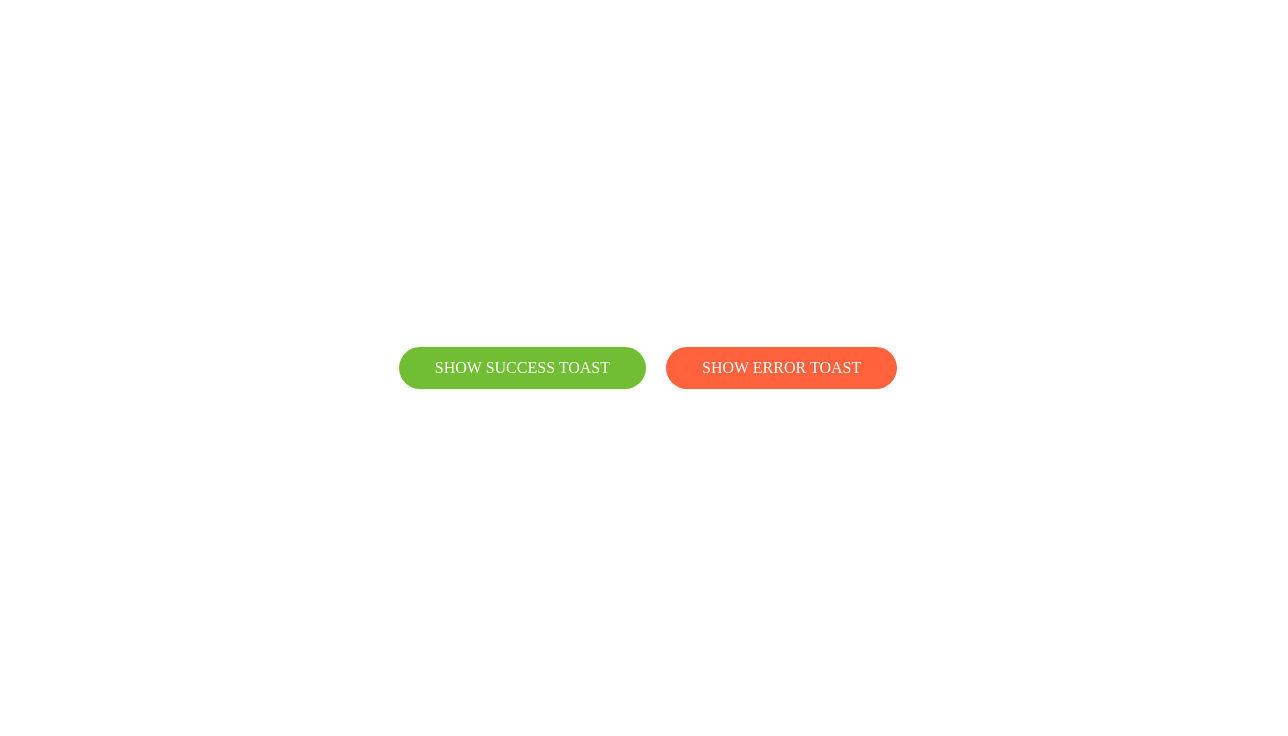
Repository: Hoquoctrung/github-anh-Trung-hihi
Page: Lesson-2/index.html
These files come from the project's save history. The page is drawn as it stood at one moment and after the next save; the edit follows.
The browser window is 1280 px wide. The page is 1288 px wide, so the pictures cover 1288 px, including what lies to the right of the window. The pictures show the whole page.

Above is the page before, as saved 2021-08-21 21:47:05.

### Lesson-2/index.html
<!DOCTYPE html>
<html lang="en">
<head>
    <meta charset="UTF-8">
    <meta http-equiv="X-UA-Compatible" content="IE=edge">
    <meta name="viewport" content="width=device-width, initial-scale=1.0">
    <title>BEM Practice</title>
    <link rel="stylesheet" href="style.css">
    <link rel="stylesheet" href="https://cdnjs.cloudflare.com/ajax/libs/font-awesome/5.15.4/css/all.min.css" integrity="sha512-1ycn6IcaQQ40/MKBW2W4Rhis/DbILU74C1vSrLJxCq57o941Ym01SwNsOMqvEBFlcgUa6xLiPY/NS5R+E6ztJQ==" crossorigin="anonymous" referrerpolicy="no-referrer" />
</head>
<body>
    <div id="toast"></div>

    <div id="btn">
            <div onclick="ShowSuccessToast()" class="btn btn--succeed"> SHOW SUCCESS TOAST</div>
            <div onclick="ShowErrorToast()" class="btn btn--error"> SHOW ERROR TOAST</div>
    </div>

    <script>
        // Toast function
        function toast({
            title = '',
            message = '',
            type = 'info',
            duration = 3000,
        }) {
            const main = document.getElementById('toast');
            const delay = (duration / 1000).toFixed(2);
            if (main) {
                const toast = document.createElement('div');
                const icons = {
                    success:'fas fa-check-circle',
                    info:'fas fa-info-circle',
                    warning:'fas fa-exclamation-triangle',
                    error:'fas fa-exclamation-triangle'
                };
                const icon = icons[type];

                toast.classList.add('toast',`toast--${type}`);
                toast.style.animation = `slideInLeft ease .${delay}s, fadeOut ease 1s 3s forwards`;

                toast.innerHTML = `
                    <div class="toast__icon">
                        <i class="${icon}"></i>
                    </div>
                    <div class="toast__body">
                        <h3 class="toast__title">${title}</h3>
                        <p class="toast__msg">${message}</p>
                    </div>
                    <div class="toast__close">
                        <i class="fa fa-times" ></i>
                    </div>
                `;
                main.appendChild(toast);
            }
        }
        function ShowSuccessToast() {
            toast({
                title: 'Thành công',
                message: 'Chúc mừng bạn đã thành công trở thành một fullstack developer.',
                type: 'success',
                duration: 1000,
            });
        };

        function ShowErrorToast() {
            toast({
                title: 'Thất bại',
                message: 'Có lỗi xảy ra trên đường bạn trở thành fullstack developer. Hãy fig bux đi.',
                type: 'error',
                duration: 3000,
            });
        }
    </script>
</body>
</html>

### Lesson-2/style.css
body {
    display: flex;
    justify-content: center;
    align-items: center;
    height: 100vh;
    width: 100%;
}

.btn {
    display: inline-block;
    text-decoration: none;
    outline: none;
    border: none;
    background-color: transparent;
    color:#fff;
    padding: 12px 36px;
    border-radius: 50px;
    cursor: pointer;
}

.btn:hover {
    opacity: 0.8;
}

.btn--succeed {
    background-color: #71be34;
}

.btn--error {
    background-color: #ff623d;
}

.btn + .btn {
    margin-left: 16px;
}

#btn {
    margin: 20px;
}

#toast {
    position: fixed;
    top: 32px;
    right: 32px;
}


.toast {
    display: flex;
    align-items: center;
    background-color: #fff;
    box-shadow: 0 12px 4px rgba(0,0,0,0.08);
    border-left: 4px solid;
    border-radius: 2px;
    min-width: 380px;
    max-width: 430px;
}

@keyframes slideInLeft {
    from {
        transform: translateX(calc(100% + 32px));
        opacity: 0;
    }

    to {
        transform: translateX(0);
        opacity: 1;
    }
}

@keyframes fadeOut {
to {
        opacity: 0;
    }
}

.toast + .toast {
    margin-top: 24px;
}

.toast__icon {
    font-size: 24px;
}

.toast__icon,
.toast__close {
    padding: 0 16px;
}

.toast__body {
    flex-grow: 1;
}

.toast--success {
    border-color: rgb(69, 223, 22);
}

.toast--success .toast__icon {
    color: rgb(69, 223, 22);
}

.toast--info {
    border-color: rgb(23, 70, 226);
}

.toast--info .toast__icon {
    color: rgb(23, 70, 226);
}

.toast--warning {
    border-color: #ffc021;
}

.toast--warning .toast__icon {
    color: #ffc021
}

.toast--error {
    border-color: rgb(236, 51, 18);
}

.toast--error .toast__icon {
    color: rgb(230, 29, 29);
}

.toast__title {
    color: #333;
}

.toast__msg {
    margin-top: -8px;
    opacity: 0.6;
    line-height: 1.4;
}

.toast__close {
    font-size: 24px;
    color: rgba(0,0,0,0.4);
    cursor: pointer;
}

.toast__close:hover {
    opacity: 0.7;
}

After the next save:
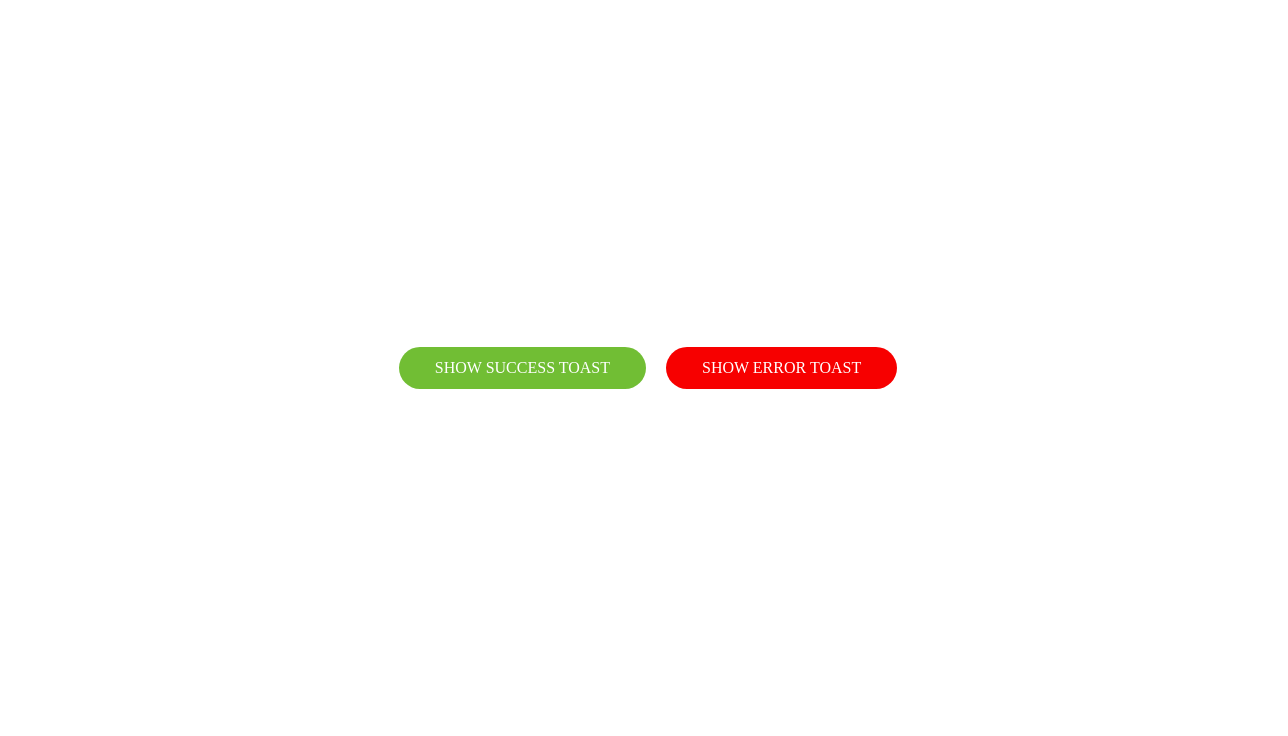
Saved 31 s later.
--- a/Lesson-2/style.css
+++ b/Lesson-2/style.css
@@ -27,7 +27,7 @@ body {
 }
 
 .btn--error {
-    background-color: #ff623d;
+    background-color: #f70000;
 }
 
 .btn + .btn {
